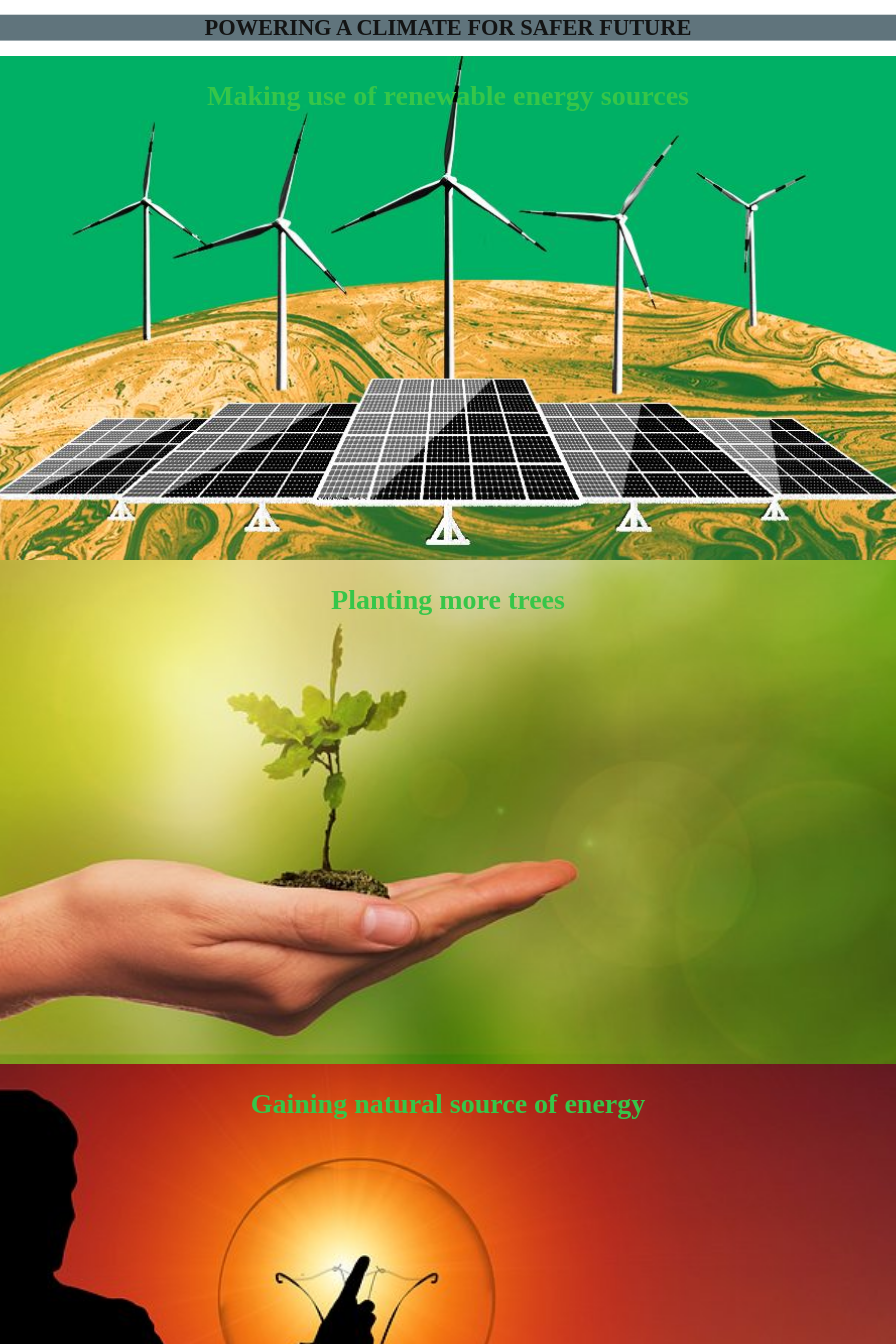
Repository: NavinDayanithi/static-web-design-competition
Page: index.html
The author's editor kept a copy of each file at every save. The page is drawn from the files as they stood at one save, then again after the next save.
The browser window is 1280 px wide. The pictures show the part of the page from y = 0 to 1920 px (the page is 4420 px tall), at 70% of full size.
Backgrounds fixed to the window are drawn as part of the page.

Above is the page before, as saved 2023-04-28 20:42:13.

### index.html
<!DOCTYPE html>
<html lang="en">
<head>
  <title>POWERING CLIMATE </title>
  <link rel="stylesheet" href="styles.css">
</head>
<body>
    <h1 >POWERING A CLIMATE FOR SAFER FUTURE</h1>
    <div class="box1">
        <h2>Making use of renewable energy sources</h2>
    </div>
    <div class="box2">
        <h2>Planting more trees</h2>
    </div>
    <div class="box3">
        <h2>Gaining natural source of energy</h2>
    </div>
    <div class="box4">
        <h2>Everyone is responsible</h2>
    </div>
    <div class="box5">
        <h2>Using Eco-friendly products</h2>
    </div>
    <div class="box6">
        <h2></h2>
    </div>
</body>
</html>

### styles.css

h1
{
    text-align:center;
    color:rgb(19, 20, 20);
    background-color: rgb(96, 116, 124);

}
h2{
    text-align: center;
    color: rgb(54, 198, 73);
    font-size:40px;
}

 body{
    margin: 0;
    padding: 0;
    /* background-color: blue; */
}
head{
    text-align: center;
}

.box1{
    height: 100vh;
    width:100%;
    background-image: url(img1.jpg);
    background-size: cover;
    background-position: center;
    display: table;
    background-attachment: fixed;
    color: aliceblue;
}

.box2{
    height: 100vh;
    width:100%;
    background-image: url(img2.jpg);
    background-size: cover;
    background-position: center;
    display: table;
    background-attachment: fixed;
}

.box3{
    height: 100vh;
    width:100%;
    background-image: url(img3.jpg);
    background-size:cover;
    display: table;
    background-attachment: fixed;

}


.box4{
    height: 100vh;
    width:100%;
    background-image: url(img4.jpg);
    background-size: cover;
    background-position: center;
    display: table;
    background-attachment: fixed;
}

.box5{
    height: 100vh;
    width:100%;
    background-image: url(img5.jpg);
    background-size: cover;
    /* background-position: center; */
    display: table;
    background-attachment: fixed;
}

.box6{
    height: 100vh;
    margin-top: 20px;
    width:100%;
    background-image: url(img6.jpg);
    background-size: cover;
   background-position: center;
    display: table;
    background-attachment: fixed;
}

After the next save:
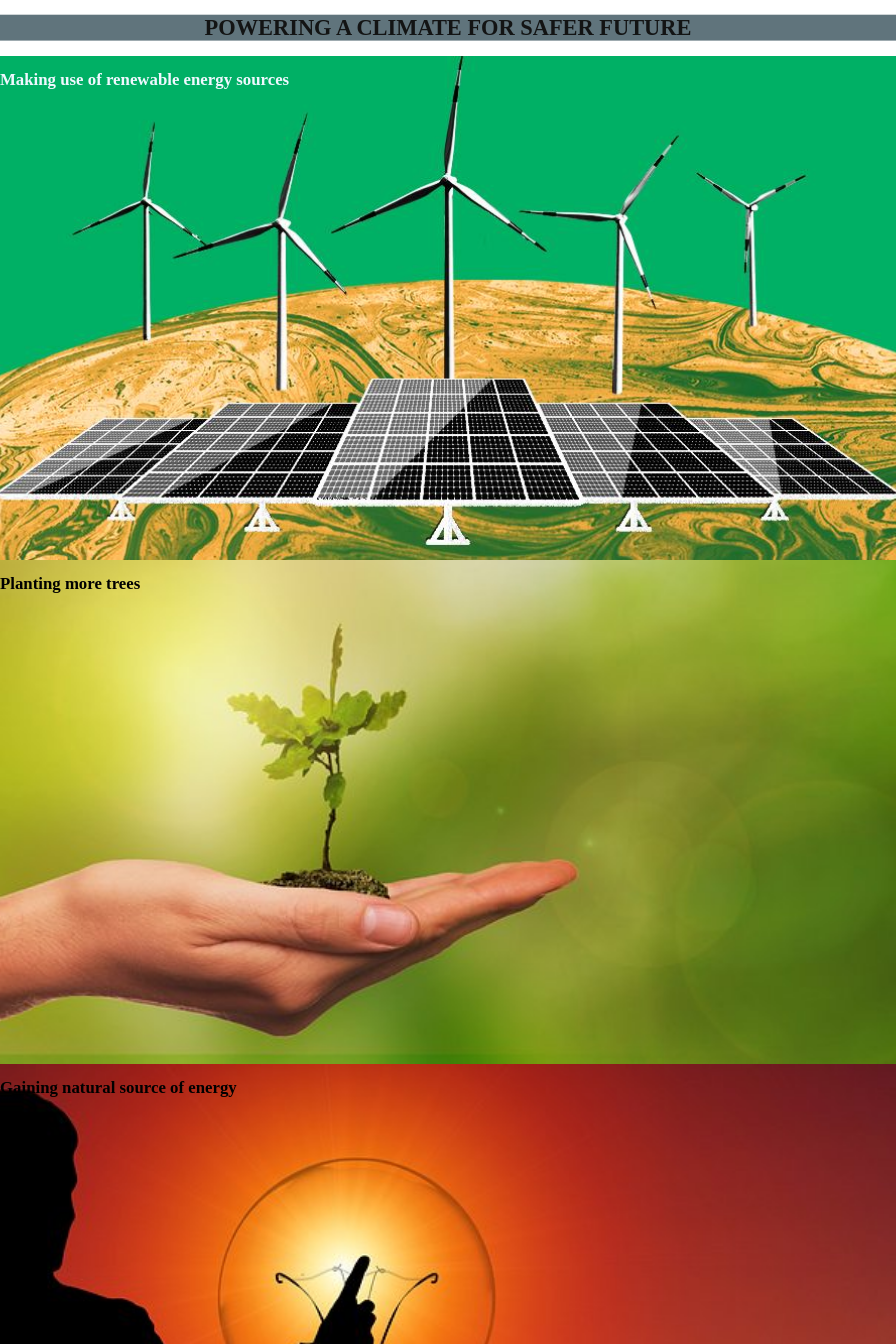
Saved 8 s later.
--- a/styles.css
+++ b/styles.css
@@ -6,11 +6,11 @@
     background-color: rgb(96, 116, 124);
 
 }
-h2{
+/* h2{
     text-align: center;
     color: rgb(54, 198, 73);
     font-size:40px;
-}
+} */
 
  body{
     margin: 0;

After the save that followed:
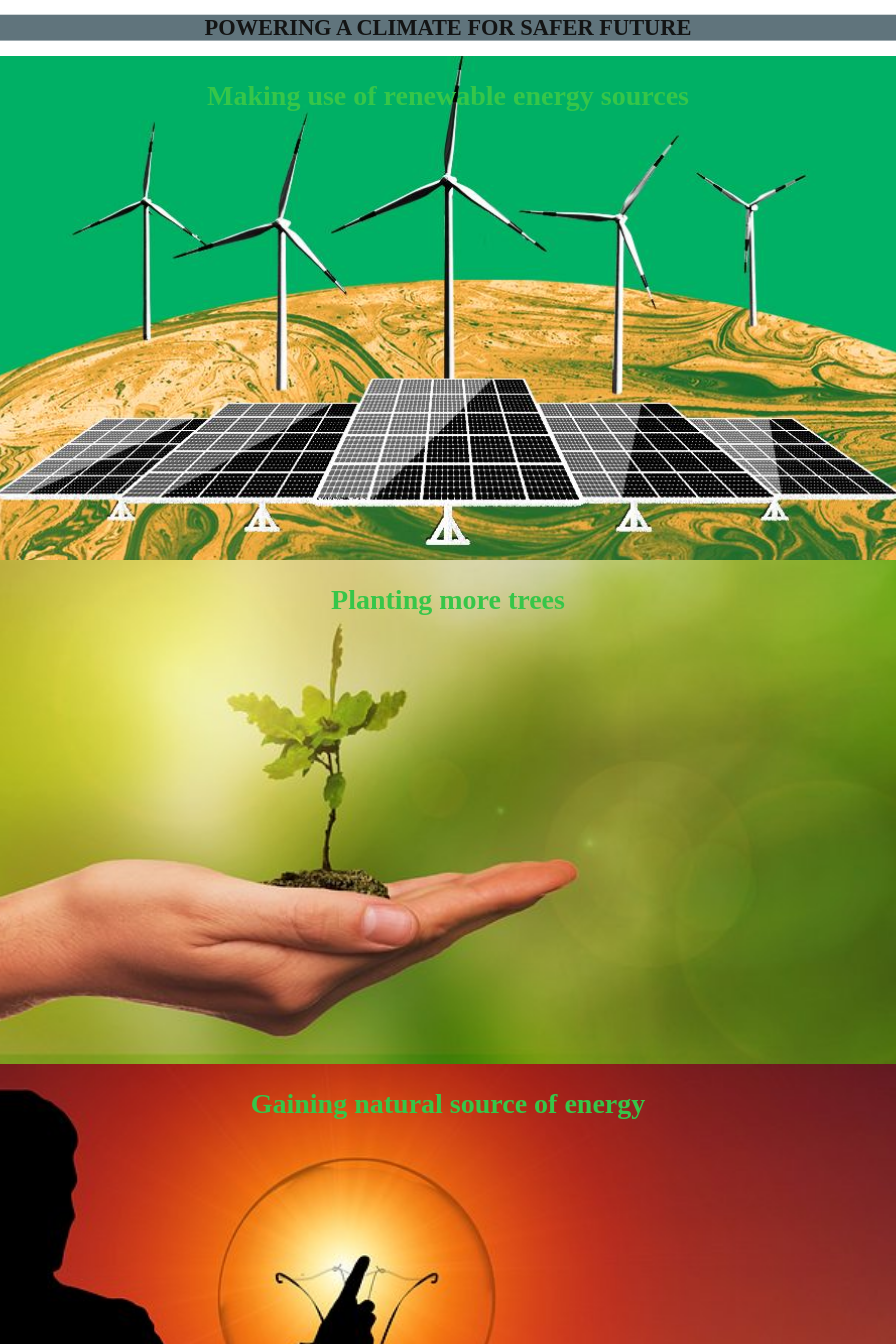
Saved 7 s later.
--- a/styles.css
+++ b/styles.css
@@ -6,11 +6,11 @@
     background-color: rgb(96, 116, 124);
 
 }
-/* h2{
+h2{
     text-align: center;
     color: rgb(54, 198, 73);
     font-size:40px;
-} */
+}
 
  body{
     margin: 0;
